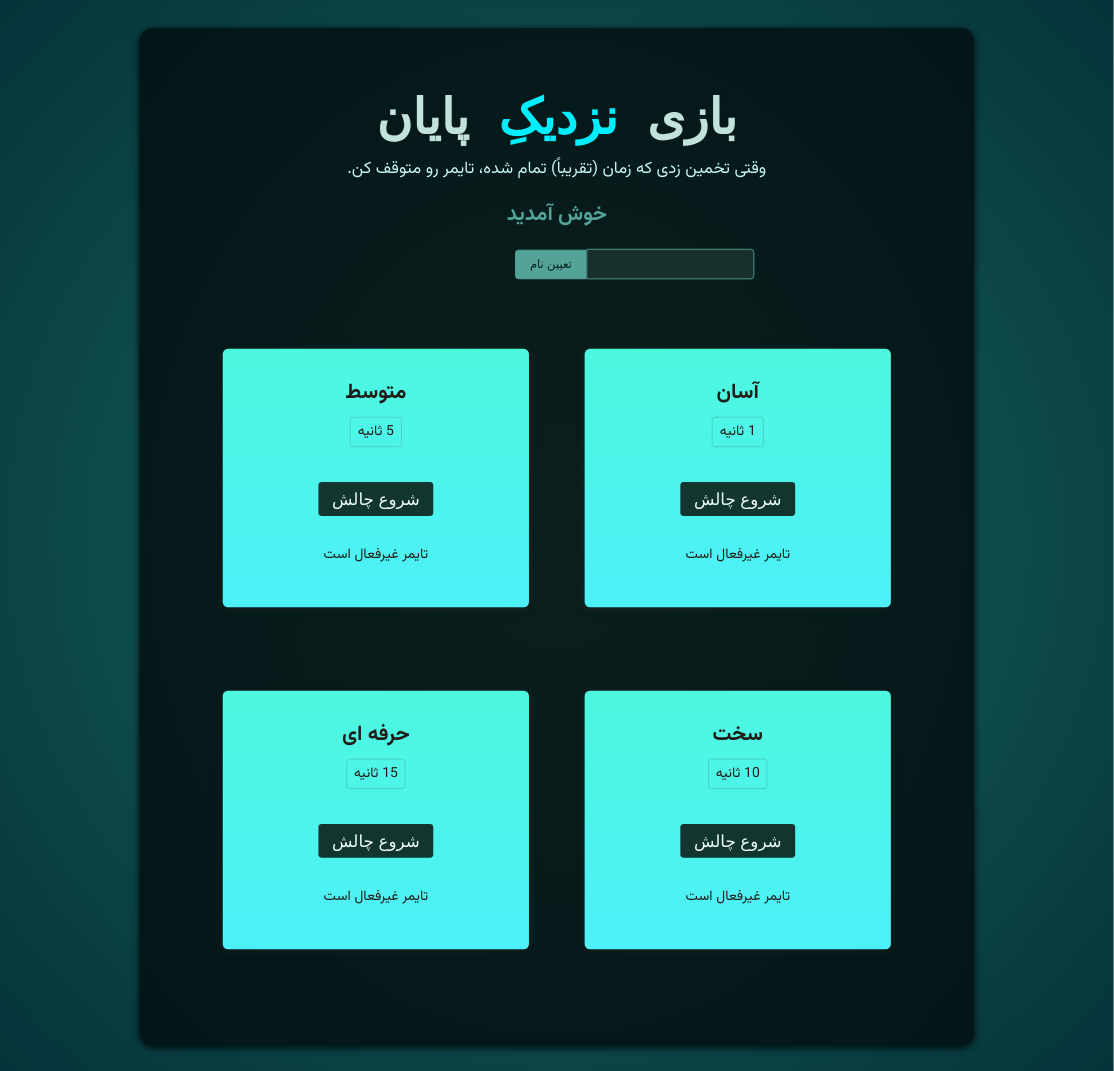
Repository: H-ala/react-near-end
Page: /
These files come from the project's save history. The page is drawn as it stood at one moment and after the next save; the edit follows.
The browser window is 1280 px wide. The pictures show the whole page, at 87% of full size.
The project was rebuilt for these pictures with package versions that can differ from the ones it lists, and the page was loaded fresh each time. Also part of the build but not shown: vite.config.js.

Above is the page before, as saved 2025-10-21 19:37:27.

After the next save:
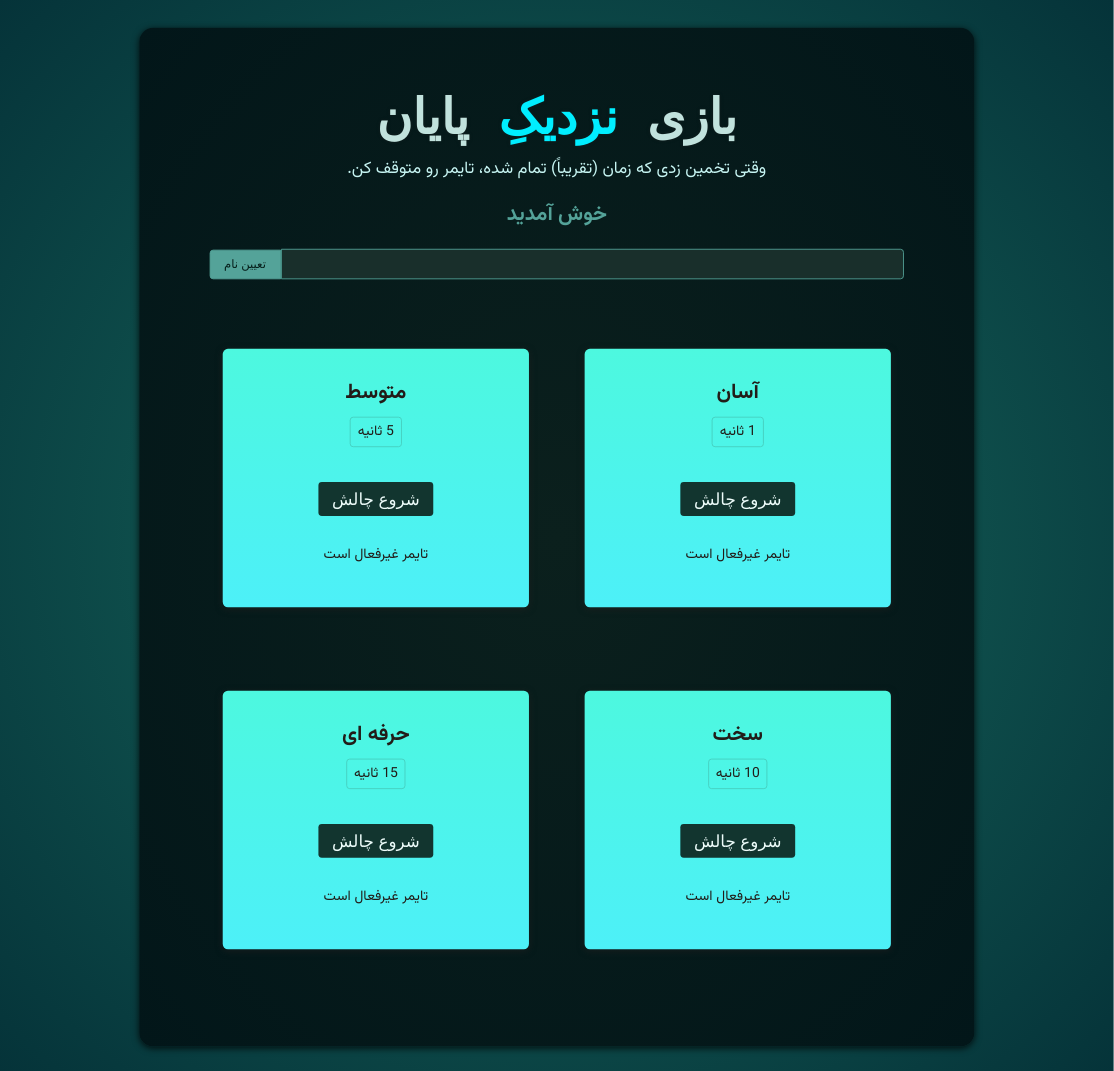
Saved 24 s later.
--- a/src/index.css
+++ b/src/index.css
@@ -58,7 +58,6 @@ header p {
   display: flex;
   justify-content: center;
   align-items: center;
-  width: 80%;
 }
 
 #player input {
@@ -70,6 +69,7 @@ header p {
   border-bottom-left-radius: 0;
   padding: 0.25rem;
   color: #d1f0ec;
+  width: 80%
 }
 
 #player button {
